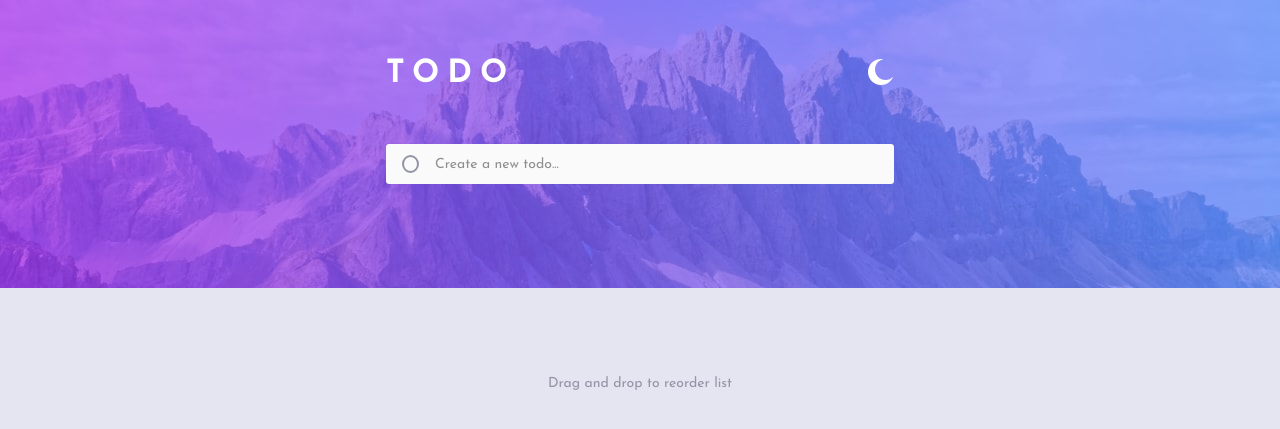
Repository: teedollar/vue-todos
Page: /
An editor plug-in stored every save of this project. The page is shown before and after a run of saves, followed by the edit.
The browser window is 1280 px wide. The pictures show the whole page.
The project was rebuilt for these pictures with package versions that can differ from the ones it lists, and the page was loaded fresh each time. Also part of the build but not shown: vite.config.js, vue.config.js, src/components/TodoItem.vue, src/components/Filter.vue.

Above is the page before, as saved 2022-03-18 15:28:50.

### index.html
<!DOCTYPE html>
<html lang="en">
  <head>
    <meta charset="UTF-8" />
    <link rel="icon" href="/favicon.ico" />
    <meta name="viewport" content="width=device-width, initial-scale=1.0" />
    <title>CreditClan ToDo App</title>
  </head>
  <body>
    <div id="app"></div>
    <script type="module" src="/src/main.js"></script>
  </body>
</html>

### src/main.js
import { createApp } from 'vue'
import { createPinia } from 'pinia'
import App from './App.vue'
import './index.css'

createApp(App).use(createPinia()).mount('#app')

### src/App.vue
<template>
  <div class="app" :class="store.dark ? 'dark-theme' : ''">
    <Header />
    <main class="container">
      <add-todo />
      <section v-if="store.length">
        <div class="list">
          <!-- Draggable -->
          <draggable
            :list="store.data"
            item-key="id"
            @start="dragging = true"
            @end="dragging = false"
            class="list"
            ghost-class="ghost"
          >
            <template #item="{ element }">
              <TodoItem
                :item="element"
                @update="store.updateTodo"
                @remove="store.removeTodo"
              />
            </template>
          </draggable>
          <!-- Footer and Filter -->
          <div
            class="box flex justify-between items-center text-opacity text-small list-footer"
          >
            <span class="">{{ store.length }} items left</span>
            <Filter class="md-show" />
            <button
              class="btn-link text-opacity text-small"
              @click="store.removeAll"
            >
              Clear Completed
            </button>
          </div>
        </div>
        <!-- Filter -->
        <div class="box rounded mt-1 flex items-center center sm-show">
          <Filter />
        </div>
      </section>
    </main>
    <footer class="container text-opacity flex center">
      <span>Drag and drop to reorder list</span>
    </footer>
  </div>
</template>

<script>
import Header from './components/Header.vue'
import AddTodo from './components/AddTodo.vue'
import TodoItem from './components/TodoItem.vue'
import Filter from './components/Filter.vue'
import { useStore } from './store'
import draggable from 'vuedraggable'
export default {
  components: { Header, AddTodo, TodoItem, Filter, draggable },
  setup() {
    const store = useStore()
    return { store }
  }
}
</script>

<style lang="css" scoped>
main {
  margin-top: -20vh;
  min-height: 30vh;
}
.list > *:is(:first-child) {
  border-radius: 0.2rem 0.2rem 0 0;
}
.list > *:not(:last-child) {
  border-bottom: 1px solid var(--bg-light);
}
.list-footer {
  border-radius: 0 0 0.2rem 0.2rem;
}
.sm-show {
  visibility: visible;
  opacity: 1;
  display: flex;
}
.md-show {
  visibility: hidden;
  opacity: 0;
  display: none;
}
.ghost {
  opacity: 0.5;
  background: var(--bg-secondary);
}
footer {
  padding: 1rem 0;
}
@media (min-width: 760px) {
  .sm-show {
    visibility: hidden;
    opacity: 0;
    display: none;
  }
  .md-show {
    visibility: visible;
    opacity: 1;
    display: flex;
  }
}
</style>

### src/index.css
@import url('https://fonts.googleapis.com/css2?family=Josefin+Sans:wght@400;700&display=swap');

/* ======================== */
/* RESET */
/* ======================== */

*,
*:after,
*:before {
  margin: 0;
  padding: 0;
  box-sizing: border-box;
  text-decoration: none;
}

img,
picture {
  width: 100%;
  display: block;
}

ol,
ul {
  list-style: none;
}

a {
  text-decoration: none;
}

input,
button,
textarea,
select {
  font: inherit;
}

h1,
h2,
h3,
h4,
h5,
h6,
p {
  font-weight: var(--fw-regular);
}

@media (prefers-reduced-motion: reduce) {
  *,
  *::before,
  *::after {
    animation-duration: 0.01ms !important;
    animation-iteration-count: 1 !important;
    transition-duration: 0.01ms !important;
    scroll-behavior: auto !important;
  }
}

/* ======================== */
/* ROOST */
/* ======================== */

:root {
  /* colors */
  --clr-white: #fff;
  --clr-primary: hsl(220, 98%, 61%);
  --bg-primary: hsl(236, 33%, 92%);
  --bg-primary-light: hsl(0, 0%, 98%);
  --bg-gradient: linear-gradient hsl(192, 100%, 67%) to hsl(280, 87%, 65%);
  --bg-light: hsl(236, 9%, 61%);
  --txt-primary: hsl(235, 19%, 35%);
  --txt-secondary: hsl(236, 9%, 61%);
  /* font-sizes */
  --fs-title: 2rem;
  --fs-medium: 0.875rem;
  --fs-small: 0.75rem;

  /* font-weight */
  --fw-regular: 400;
  --fw-bold: 700;
  /* font-family */
  --ff-primary: 'Josefin Sans', sans-serif;
}

.dark-theme {
  --bg-primary: hsl(235, 21%, 11%);
  --bg-primary-light: hsl(235, 24%, 19%);
  --txt-primary: hsl(234, 39%, 85%);
  --txt-secondary: hsl(234, 11%, 52%);
}

.app {
  font-family: var(--ff-primary);
  font-size: var(--fs-medium);
  list-style-type: none;
  min-height: 100vh;
  font-weight: var(--fw-regular);
  background: var(--bg-primary);
  color: var(--txt-primary);
}

/* ======================== */
/* Utility classes */
/* ======================== */

.container {
  padding-inline: 1rem;
  margin-inline: auto;
  width: 90%;
}

.flex {
  display: flex;
  gap: 1rem;
}

.items-center {
  align-items: center;
}

.center {
  justify-content: center;
}

.justify-between {
  justify-content: space-between;
}

.rounded {
  border-radius: 0.2rem;
}

.box {
  width: 100%;
  height: 2.5rem;
  background-color: var(--bg-primary-light);
  padding-inline: 1rem;
}

/* Margin */

.mt-1 {
  margin-top: 1rem;
}

/* Buttons and Buttons links */

.btn-icon {
  cursor: pointer;
  border: none;
  background: transparent;
  transition: transform 0.2s ease;
}

.btn-icon:hover {
  transform: scale(1.05);
}

.btn-link {
  cursor: pointer;
  border: none;
  background: transparent;
  transition: color 0.2s ease;
}

.btn-link:hover {
  color: var(--txt-primary);
}

.btn-link.active {
  color: var(--clr-primary);
}

/* Typography */

.text-opacity {
  color: var(--txt-secondary);
}

.text-small {
  font-size: var(--fs-small);
}

/* Responseve */

@media (min-width: 600px) {
  .container {
    max-width: 540px;
  }
}

/* useless */

.sr-only {
  position: absolute;
  width: 1px;
  height: 1px;
  padding: 0;
  margin: -1px;
  overflow: hidden;
  clip: rect(0, 0, 0, 0);
  white-space: nowrap; /* added line */
  border: 0;
}

.flow > * + * {
  margin-top: 1rem;
}

.w-100 {
  width: 100%;
}

### src/components/Header.vue
<template>
  <header :class="store.dark ? 'img-dark' : 'img-light'">
    <div class="container flex justify-between">
      <h1 class="title">TODO</h1>
      <button class="btn-icon" @click="store.toggleDarkMode">
        <Icon :name="store.dark ? 'sun' : 'moon'" />
      </button>
    </div>
  </header>
</template>

<script>
import Icon from './Icon.vue'
import { useStore } from '../store'
export default {
  components: { Icon },
  setup() {
    const store = useStore()
    return { store }
  }
}
</script>

<style lang="css" scoped>
header {
  height: 40vh;
}
header .container {
  padding-top: 8vh;
}
.img-dark {
  background: url('../assets/images/bg-mobile-dark.jpg');
  background-repeat: no-repeat;
  background-position: center center;
  background-size: cover;
}
.img-light {
  background: url('../assets/images/bg-mobile-light.jpg');
  background-repeat: no-repeat;
  background-position: center center;
  background-size: cover;
}
header .title {
  letter-spacing: 0.5rem;
  font-size: var(--fs-title);
  font-weight: var(--fw-bold);
  color: var(--clr-white);
}
@media (min-width: 760px) {
  .img-dark {
    background: url('../assets/images/bg-desktop-dark.jpg');
  }
  .img-light {
    background: url('../assets/images/bg-desktop-light.jpg');
  }
}
</style>

### src/components/AddTodo.vue

<template>
  <form
    @submit.prevent="onSubmit"
    id="add-todo"
    class="box rounded flex items-center"
  >
    <Checkbox
      :checked="todo.completed"
      @toggle="todo.completed = !todo.completed"
    />
    <input type="text" v-model="todo.text" placeholder="Create a new todo..." />
  </form>
</template>

<script>
import { ref } from '@vue/reactivity'
import { useStore } from '../store'
import Checkbox from './Checkbox.vue'
export default {
  components: { Checkbox },
  setup() {
    const store = useStore()
    const todo = ref({
      text: '',
      completed: false
    })
    const onSubmit = () => {
      // let item = todo.value
      if (todo.value.text != '') {
        store.addTodo(todo.value)
        todo.value.text = ''
        todo.value.completed = false
      }
    }
    return {
      todo,
      onSubmit
    }
  }
}
</script>

<style lang="css" scoped>
#add-todo {
  margin-bottom: 2rem;
}
input {
  height: 100%;
  width: 100%;
  background: transparent;
  border: none;
  outline: none;
  color: var(--txt-primary);
}
input::placeholder {
  opacity: 0.8;
}
</style>

### src/store.js
import { defineStore } from 'pinia'

// useStore could be anything like useUser, useCart
// the first argument is a unique id of the store across your application
export const useStore = defineStore('main', {
  state: () => {
    return {
      dark: JSON.parse(localStorage.getItem('dark') || false),
      data: JSON.parse(localStorage.getItem('todos') || '[]'),
      filter: null
    }
  },

  getters: {
    length: state => state.data.length
  },

  actions: {
    toggleDarkMode() {
      this.dark = !this.dark
      localStorage.setItem('dark', this.dark)
    },

    addTodo(item) {
      this.data.push({
        id: Date.now(),
        text: item.text,
        completed: item.completed
      })
      localStorage.setItem('todos', JSON.stringify(this.data))
    },

    updateTodo() {
      localStorage.setItem('todos', JSON.stringify(this.data))
    },

    removeTodo(item) {
      this.data = this.data.filter(d => d.id !== item.id)
      console.log(this.data)
      localStorage.setItem('todos', JSON.stringify(this.data))
    },

    removeAll() {
      this.data = this.data.filter(d => d.completed === false)
      localStorage.setItem('todos', JSON.stringify(this.data))
    },

    filterTodo(status) {
      this.data = JSON.parse(localStorage.getItem('todos')) || []
      if (status !== null) {
        this.data = this.data.filter(d => d.completed === status)
      }
      console.log(this.data)
    }
  }
})

### src/components/Icon.vue
<template>
  <!-- SUN -->
  <svg
    v-if="name === 'sun'"
    xmlns="http://www.w3.org/2000/svg"
    width="26"
    height="26"
  >
    <path
      fill="#FFF"
      fill-rule="evenodd"
      d="M13 21a1 1 0 011 1v3a1 1 0 11-2 0v-3a1 1 0 011-1zm-5.657-2.343a1 1 0 010 1.414l-2.121 2.121a1 1 0 01-1.414-1.414l2.12-2.121a1 1 0 011.415 0zm12.728 0l2.121 2.121a1 1 0 01-1.414 1.414l-2.121-2.12a1 1 0 011.414-1.415zM13 8a5 5 0 110 10 5 5 0 010-10zm12 4a1 1 0 110 2h-3a1 1 0 110-2h3zM4 12a1 1 0 110 2H1a1 1 0 110-2h3zm18.192-8.192a1 1 0 010 1.414l-2.12 2.121a1 1 0 01-1.415-1.414l2.121-2.121a1 1 0 011.414 0zm-16.97 0l2.121 2.12A1 1 0 015.93 7.344L3.808 5.222a1 1 0 011.414-1.414zM13 0a1 1 0 011 1v3a1 1 0 11-2 0V1a1 1 0 011-1z"
    />
  </svg>

  <!-- MOON -->
  <svg
    v-else-if="name === 'moon'"
    xmlns="http://www.w3.org/2000/svg"
    width="26"
    height="26"
  >
    <path
      fill="#FFF"
      fill-rule="evenodd"
      d="M13 0c.81 0 1.603.074 2.373.216C10.593 1.199 7 5.43 7 10.5 7 16.299 11.701 21 17.5 21c2.996 0 5.7-1.255 7.613-3.268C23.22 22.572 18.51 26 13 26 5.82 26 0 20.18 0 13S5.82 0 13 0z"
    />
  </svg>

  <!-- CROSS -->
  <svg
    v-else-if="name === 'cross'"
    xmlns="http://www.w3.org/2000/svg"
    width="18"
    height="18"
  >
    <path
      fill="#494C6B"
      fill-rule="evenodd"
      d="M16.97 0l.708.707L9.546 8.84l8.132 8.132-.707.707-8.132-8.132-8.132 8.132L0 16.97l8.132-8.132L0 .707.707 0 8.84 8.132 16.971 0z"
    />
  </svg>

  <!-- CHECK -->
  <svg
    v-else-if="name === 'check'"
    xmlns="http://www.w3.org/2000/svg"
    width="11"
    height="9"
  >
    <path fill="none" stroke="#FFF" stroke-width="2" d="M1 4.304L3.696 7l6-6" />
  </svg>
</template>

<script>
export default {
  props: ['name']
}
</script>

### src/components/Checkbox.vue
<template>
  <div
    class="checkbox flex center items-center"
    :class="checked ? 'checked' : ''"
    @click.native="$emit('toggle')"
  >
    <Icon name="check" v-if="checked" />
  </div>
</template>

<script>
import Icon from './Icon.vue'
export default {
  components: { Icon },
  props: ['checked']
}
</script>
<style scoped>
.checkbox {
  position: relative;
  border: 2px solid var(--bg-light);
  border-radius: 50%;
  width: 18px;
  height: 18px;
}
.checkbox.checked {
  background-color: var(--clr-primary);
  border: 0;
}
</style>

After the next 3 saves:
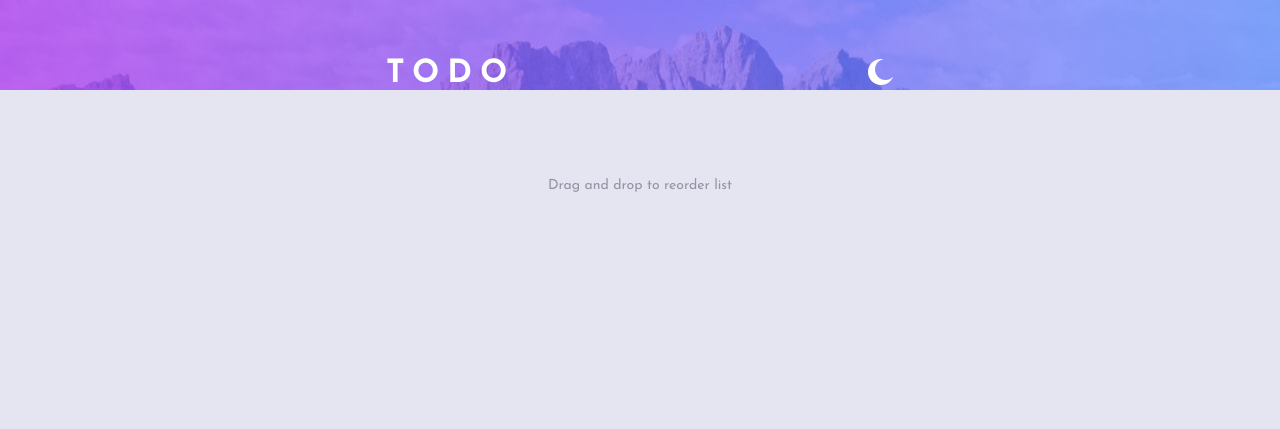
The 3 saves are shown as one change because they came seconds apart.
The last was saved 95 min 6 s later.
--- a/src/components/Header.vue
+++ b/src/components/Header.vue
@@ -22,6 +22,8 @@
 </script>
 
 <style lang="css" scoped>
+$assets: '~@/assets/';
+
 header {
   height: 40vh;
 }

After the save that followed:
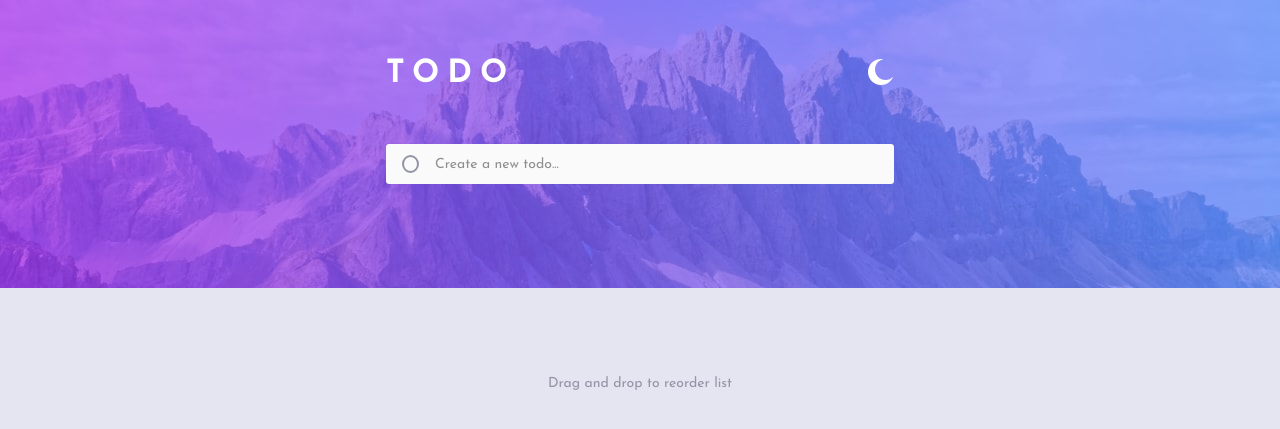
Saved 41 s later.
--- a/src/components/Header.vue
+++ b/src/components/Header.vue
@@ -22,7 +22,6 @@
 </script>
 
 <style lang="css" scoped>
-$assets: '~@/assets/';
 
 header {
   height: 40vh;
